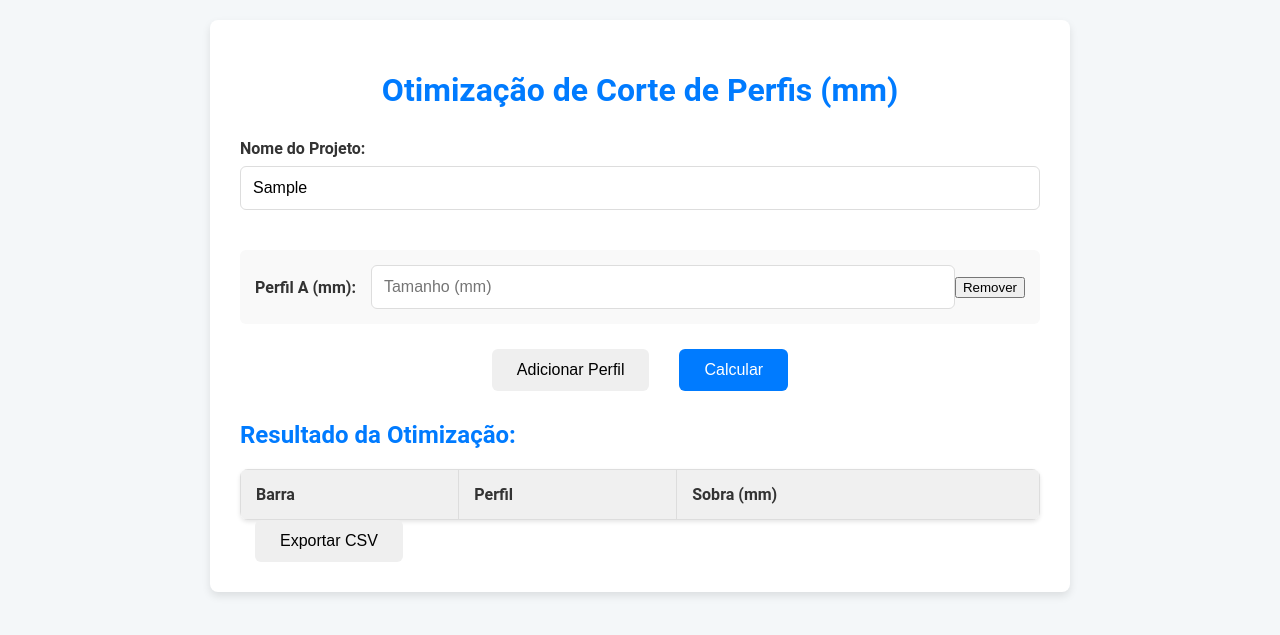
Repository: brianbebop/aqui
Page: index.html
An editor plug-in stored every save of this project. The page is shown before and after a run of saves, followed by the edit.
The browser window is 1280 px wide. The pictures show the whole page.
Empty fields were first filled with sample values (such as "Sample", 5 or name@example.com).
After loading, the first visible `#adicionarPerfil` was clicked once.

Above is the page before, as saved 2025-03-20 22:10:14.

### index.html
<!DOCTYPE html>
<html>
<head>
    <title>Otimização de Corte de Perfis (mm)</title>
    <meta charset="UTF-8">
    <meta name="viewport" content="width=device-width, initial-scale=1.0">
    <link rel="stylesheet" href="style.css">
</head>
<body>
    <div class="container">
        <h1 class="page-title">Otimização de Corte de Perfis (mm)</h1>
        <div class="project-info">
            <label for="nomeProjeto" class="form-label">Nome do Projeto:</label>
            <input type="text" id="nomeProjeto" class="form-input" placeholder="Digite o nome do projeto">
        </div>
        <div id="perfis" class="perfis-container">
            </div>
        <div class="button-container">
            <button id="adicionarPerfil" class="btn btn-add-perfil">Adicionar Perfil</button>
            <button id="calcular" class="btn btn-calculate">Calcular</button>
        </div>
        <div id="resultado" class="result-container">
            <h2 class="result-title">Resultado da Otimização:</h2>
            <table id="resumoBarras" class="result-table">
                <thead>
                    <tr>
                        <th class="table-header">Barra</th>
                        <th class="table-header">Perfil</th>
                        <th class="table-header">Sobra (mm)</th>
                    </tr>
                </thead>
                <tbody>
                    </tbody>
            </table>
            <button id="exportarCSV" class="btn btn-export">Exportar CSV</button>
        </div>
    </div>
    <script src="script.js"></script>
</body>
</html>

### style.css
:root {
    --primary-color: #007bff;
    --background-color: #f4f4f4;
    --text-color: #333;
    --border-color: #ddd;
}
/* Estilos gerais */
body {
    font-family: 'Roboto', sans-serif;
    margin: 0;
    padding: 20px;
    background-color: #f4f7f9;
    color: #333;
}

.container {
    max-width: 800px;
    margin: 0 auto;
    background-color: white;
    padding: 30px;
    border-radius: 8px;
    box-shadow: 0 4px 8px rgba(0, 0, 0, 0.1);
}

.page-title {
    text-align: center;
    color: #007bff;
    margin-bottom: 30px;
}

.project-info {
    margin-bottom: 25px;
}

.form-label {
    display: block;
    margin-bottom: 8px;
    font-weight: 600;
}

.form-input {
    width: 100%;
    padding: 12px;
    border: 1px solid #ddd;
    border-radius: 6px;
    margin-bottom: 15px;
    box-sizing: border-box;
    font-size: 16px;
}

.perfis-container {
    margin-bottom: 25px;
}

.perfil {
    margin-bottom: 15px;
    display: flex;
    align-items: center;
    background-color: #f9f9f9;
    padding: 15px;
    border-radius: 6px;
}

.perfil label {
    margin-right: 15px;
    font-weight: 600;
}

.perfil input {
    flex-grow: 1;
    padding: 12px;
    border: 1px solid #ddd;
    border-radius: 6px;
    font-size: 16px;
}

.button-container {
    display: flex;
    justify-content: center;
    margin-bottom: 30px;
}

.btn {
    padding: 12px 25px;
    border: none;
    border-radius: 6px;
    cursor: pointer;
    margin: 0 15px;
    font-size: 16px;
    transition: background-color 0.3s ease;
}

.btn-calculate {
    background-color: #007bff;
    color: white;
}

.btn-calculate:hover {
    background-color: #0056b3;
}

.result-container {
    margin-top: 30px;
}

.result-title {
    font-size: 24px;
    margin-bottom: 20px;
    color: #007bff;
}

.result-table {
    width: 100%;
    border-collapse: collapse;
    border-radius: 8px;
    overflow: hidden;
    box-shadow: 0 2px 4px rgba(0, 0, 0, 0.1);
}

.table-header,
.result-table td {
    border: 1px solid #ddd;
    padding: 15px;
    text-align: left;
}

.table-header {
    background-color: #f0f0f0;
    font-weight: 600;
}

/* Estilos responsivos */
@media (max-width: 600px) {
    .perfil {
        flex-direction: column;
        align-items: stretch;
    }

    .perfil label {
        margin-right: 0;
        margin-bottom: 8px;
    }

    .button-container {
        flex-direction: column;
        align-items: center;
    }

    .btn {
        margin: 8px 0;
        width: 100%;
    }

    .table-header,
    .result-table td {
        font-size: 14px;
    }
}

### script.js
const perfisDiv = document.getElementById('perfis');
const adicionarPerfilButton = document.getElementById('adicionarPerfil');
const calcularButton = document.getElementById('calcular');
const resultadoDiv = document.getElementById('resultado');
const resumoBarrasTabela = document.getElementById('resumoBarras').getElementsByTagName('tbody')[0];
const nomeProjetoInput = document.getElementById('nomeProjeto');
const exportarCSVButton = document.getElementById('exportarCSV');

let perfis = [];
let contadorPerfil = 0;

function calcularOtimizacao() {
    const tamanhoBarra = 6000;
    const perfisComTamanho = perfis
        .filter(perfil => perfil.input.value !== '') // Ignora perfis com valor vazio
        .map(perfil => ({
            id: perfil.id,
            tamanho: parseInt(perfil.input.value)
        }));

    // Função para encontrar a melhor combinação de perfis para uma barra
    function encontrarMelhorCombinacao(perfisRestantes, espacoLivre) {
        let melhorCombinacao = { perfis: [], sobra: espacoLivre };

        function combinar(combinacaoAtual, sobraAtual, indiceAtual) {
            if (sobraAtual < melhorCombinacao.sobra) {
                melhorCombinacao = { perfis: combinacaoAtual, sobra: sobraAtual };
            }

            if (indiceAtual < perfisRestantes.length) {
                const perfilAtual = perfisRestantes[indiceAtual];
                if (sobraAtual >= perfilAtual.tamanho) {
                    combinar(
                        [...combinacaoAtual, perfilAtual],
                        sobraAtual - perfilAtual.tamanho,
                        indiceAtual + 1
                    );
                }
                combinar(combinacaoAtual, sobraAtual, indiceAtual + 1);
            }
        }

        combinar([], espacoLivre, 0);
        return melhorCombinacao;
    }

    // Algoritmo de otimização
    const barras = [];
    let perfisRestantes = [...perfisComTamanho];
    while (perfisRestantes.length > 0) {
        const perfilAtual = perfisRestantes[0];
        if (perfilAtual.tamanho > tamanhoBarra) {
            // Divide o perfil em múltiplas barras
            const quantidadeBarras = Math.ceil(perfilAtual.tamanho / tamanhoBarra);
            for (let i = 0; i < quantidadeBarras; i++) {
                const tamanhoBarraAtual = Math.min(tamanhoBarra, perfilAtual.tamanho - i * tamanhoBarra);
                const barraAtual = { perfis: [{ ...perfilAtual, tamanho: tamanhoBarraAtual }], espacoLivre: tamanhoBarra - tamanhoBarraAtual };
                barras.push(barraAtual);

                // Tenta otimizar o espaço restante na barra atual
                if (barraAtual.espacoLivre > 0) {
                    const melhorCombinacao = encontrarMelhorCombinacao(perfisRestantes.filter(p => p !== perfilAtual), barraAtual.espacoLivre);
                    if (melhorCombinacao.perfis.length > 0) {
                        barraAtual.perfis = [...barraAtual.perfis, ...melhorCombinacao.perfis];
                        barraAtual.espacoLivre = melhorCombinacao.sobra;
                    }
                }
            }
            perfisRestantes.shift(); // Remove o perfil dividido
        } else {
            // Encontra a melhor combinação para a barra
            const melhorCombinacao = encontrarMelhorCombinacao(perfisRestantes, tamanhoBarra);
            barras.push({ perfis: melhorCombinacao.perfis, espacoLivre: melhorCombinacao.sobra });
            perfisRestantes = perfisRestantes.filter(
                perfil => !melhorCombinacao.perfis.includes(perfil)
            );
        }
    }

    // Exibe o resultado na tabela
    resumoBarrasTabela.innerHTML = ''; // Limpa a tabela
    barras.forEach((barra, index) => {
        const novaLinha = resumoBarrasTabela.insertRow();
        const colunaBarra = novaLinha.insertCell(0);
        const colunaPerfis = novaLinha.insertCell(1);
        const colunaSobra = novaLinha.insertCell(2);

        colunaBarra.textContent = `Barra ${index + 1}`;
        colunaPerfis.textContent = barra.perfis.map(perfil => `${perfil.id} (${perfil.tamanho}mm)`).join(', ');
        colunaSobra.textContent = `${barra.espacoLivre} mm`;
    });

    // Exibe o nome do projeto
    const nomeProjeto = nomeProjetoInput.value;
    if (nomeProjeto) {
        document.querySelector('h1').textContent = `Otimização de Corte de Perfis (mm) - ${nomeProjeto}`;
    } else {
        document.querySelector('h1').textContent = `Otimização de Corte de Perfis (mm)`;
    }
}

adicionarPerfilButton.addEventListener('click', () => {
    const perfilId = String.fromCharCode(65 + contadorPerfil);
    const perfilDiv = document.createElement('div');
    perfilDiv.classList.add('perfil');
    perfilDiv.innerHTML = `
        <label for="perfil-${perfilId}">Perfil ${perfilId} (mm):</label>
        <input type="number" id="perfil-${perfilId}" placeholder="Tamanho (mm)">
        <button class="remover-perfil">Remover</button>
    `;
    perfisDiv.appendChild(perfilDiv);
    perfis.push({ id: perfilId, input: perfilDiv.querySelector('input') });
    contadorPerfil++;

    // Adiciona o evento de clique para o botão "Remover"
    const removerButton = perfilDiv.querySelector('.remover-perfil');
    removerButton.addEventListener('click', () => {
        perfis = perfis.filter(perfil => perfil.id !== perfilId);
        perfilDiv.remove();
        calcularOtimizacao(); // Recalcula automaticamente após remover o perfil
    });
});

calcularButton.addEventListener('click', () => {
    calcularOtimizacao();
});



exportarCSVButton.addEventListener('click', () => {
    const nomeProjeto = nomeProjetoInput.value || 'Otimizacao_Corte_Perfis';
    const nomeArquivo = `${nomeProjeto}.csv`;

    let csvContent = 'Barra,Perfis,Sobra (mm)\r\n'; // Cabeçalho CSV
    const linhasTabela = resumoBarrasTabela.rows;
    for (let i = 0; i < linhasTabela.length; i++) {
        const linha = linhasTabela[i];
        const colunas = linha.cells;
        const linhaCSV = `${colunas[0].textContent},"${colunas[1].textContent}",${colunas[2].textContent}\r\n`;
        csvContent += linhaCSV;
    }

    const blob = new Blob([csvContent], { type: 'text/csv;charset=utf-8;' });
    const link = document.createElement('a');
    if (navigator.msSaveBlob) { // IE 10+
        navigator.msSaveBlob(blob, nomeArquivo);
    } else {
        const url = URL.createObjectURL(blob);
        link.href = url;
        link.setAttribute('download', nomeArquivo);
        link.style.visibility = 'hidden';
        document.body.appendChild(link);
        link.click();
        document.body.removeChild(link);
    }
});

After the next 2 saves:
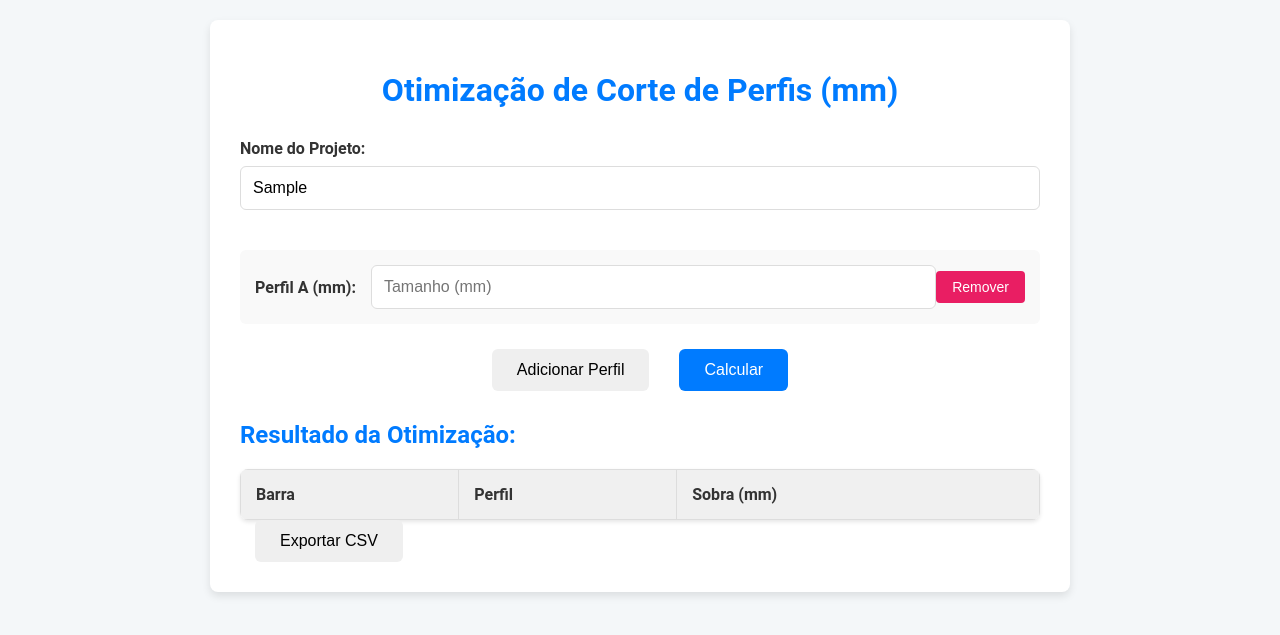
The 2 saves are shown as one change because they came seconds apart.
The last was saved 94 s later.
--- a/style.css
+++ b/style.css
@@ -156,3 +156,18 @@ body {
         font-size: 14px;
     }
 }
+
+.remover-perfil {
+    background-color: #e91e63; /* Cor de fundo semelhante ao botão "Calcular" */
+    color: white;
+    border: none;
+    padding: 8px 16px;
+    border-radius: 4px;
+    cursor: pointer;
+    font-size: 14px;
+    transition: background-color 0.3s ease;
+}
+
+.remover-perfil:hover {
+    background-color: #c2185b; /* Cor de fundo mais escura no hover */
+}
